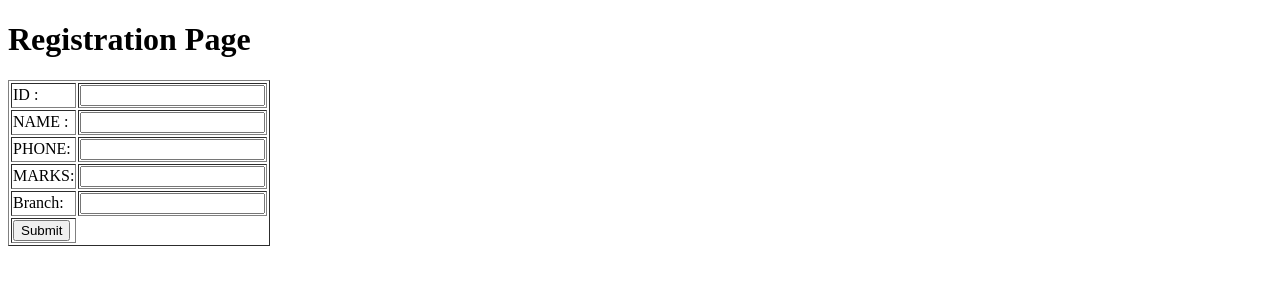
Repository: MayuriShinde124/Mayuri_20136571
Page: Question2StudentRegistrationPage/src/main/webapp/Registration.html
An editor plug-in stored every save of this project. The page is shown before and after the next save, followed by the edit.
The browser window is 1280 px wide. The pictures show the whole page.

Above is the page before, as saved 2023-07-11 07:52:07.

After the next save:
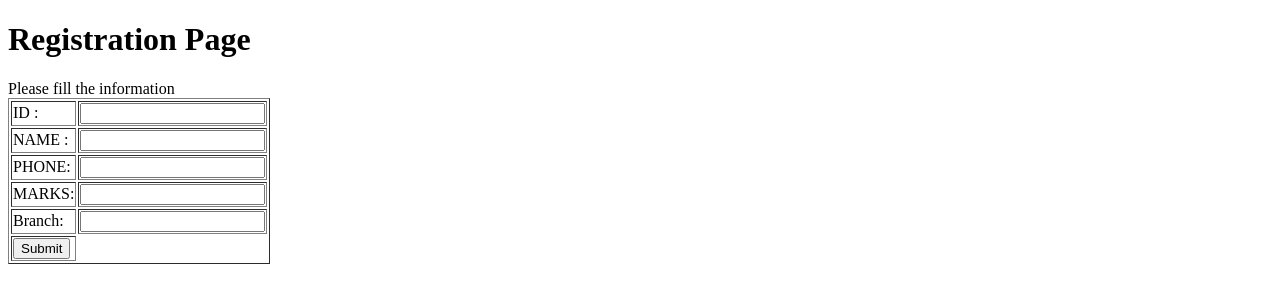
Saved 17 s later.
--- a/Question2StudentRegistrationPage/src/main/webapp/Registration.html
+++ b/Question2StudentRegistrationPage/src/main/webapp/Registration.html
@@ -7,6 +7,9 @@
 </head>
 <body>
 <h1>Registration Page</h1>
+
+
+<h7>Please fill the information</h7>
 <form action="Register">
 <table border="1"">
 <tr>
